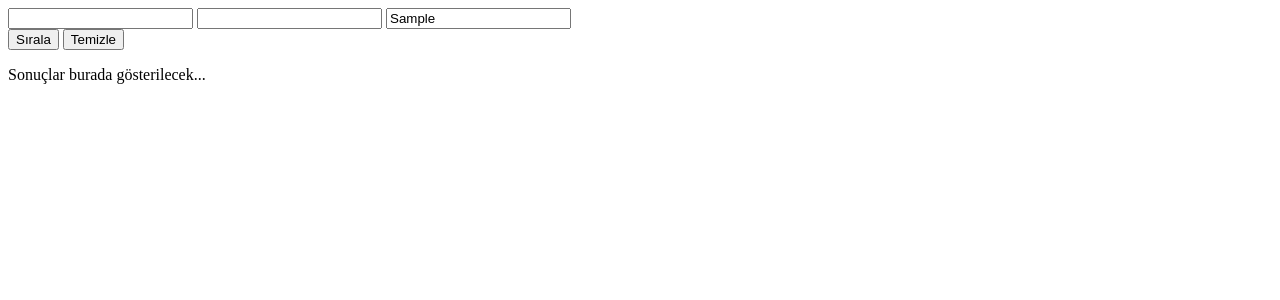
Repository: akifkerimgunsal/exercises-from-csharp-js-and-sqlqueries
Page: Javascript Beginner Exercises/3-ucSayiSirala/public/ucSayiSirala.html
The author's editor kept a copy of each file at every save. The page is drawn from the files as they stood at one save, then again after the next save.
The browser window is 1280 px wide. The pictures show the whole page.
Empty fields were first filled with sample values (such as "Sample", 5 or name@example.com).
After loading, the first visible `button[onclick="temizle()"]` was clicked once.

Above is the page before, as saved 2024-02-11 14:25:34.

After the next save:
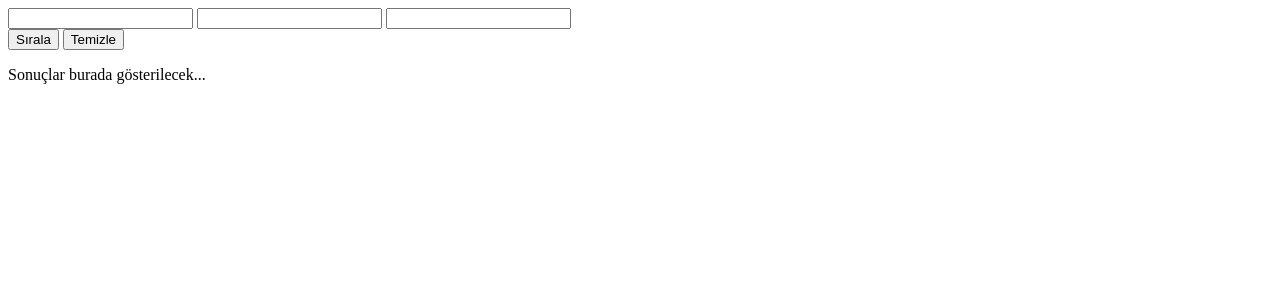
Saved 2 min 29 s later.
--- a/Javascript Beginner Exercises/3-ucSayiSirala/public/ucSayiSirala.js
+++ b/Javascript Beginner Exercises/3-ucSayiSirala/public/ucSayiSirala.js
@@ -39,5 +39,6 @@
  function temizle(){
 	 document.getElementById("input1").value = " ";
 	 document.getElementById("input2").value = " ";
+	 document.getElementById("input3").value = " ";
 	 document.getElementById("p1").innerHTML = "Sonuçlar burada gösterilecek...";
  }
